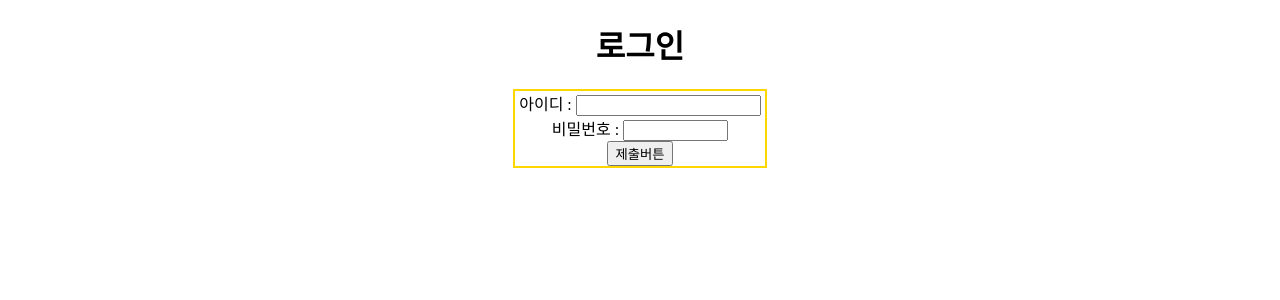
Repository: JaySurplusYoon/JSP_Servlet
Page: jsp01/WebContent/Human_info.html
These files come from the project's save history. The page is drawn as it stood at one moment and after the next save; the edit follows.
The browser window is 1280 px wide. The pictures show the whole page.

Above is the page before, as saved 2017-08-10 14:42:34.

### jsp01/WebContent/Human_info.html
<!DOCTYPE html>
<html>
<head>
<meta charset="UTF-8">
<title>회원정보</title>
<style>
	#loginFormArea{
		text-align : center;
		width : 250px;
		margin : auto;
		border : 2px solid gold;
	}
	h1{
		text-align : center;
	}
</style>
</head>
<body>
	<h1>로그인</h1>
	<section id  = "loginFormArea">
	<form action="HI" method="get">
	<label id = "id">아이디 :</label>
		<input type= "text" name= "id" id="id"/> <br>
	<label pw = "password">비밀번호 :</label>
		<input type = "password" name="pw" size='10'><br>

	<input type="submit" value="제출버튼">
	</form>
	</section>

</body>
</html>

After the next save:
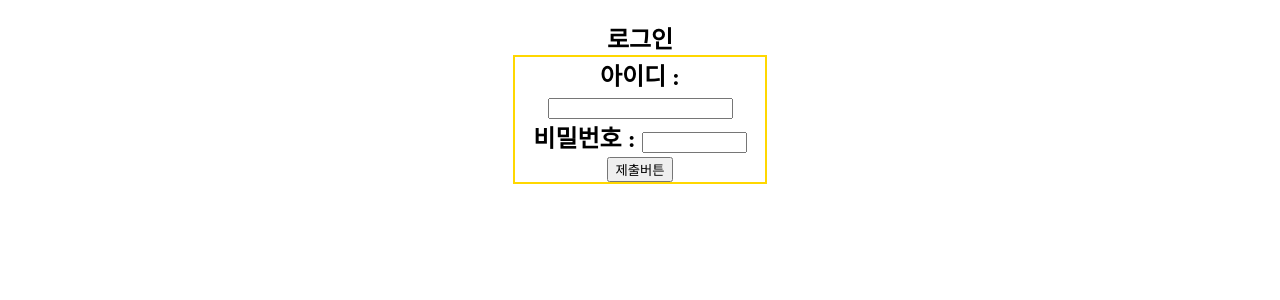
Saved 29 s later.
--- a/jsp01/WebContent/Human_info.html
+++ b/jsp01/WebContent/Human_info.html
@@ -10,13 +10,13 @@
 		margin : auto;
 		border : 2px solid gold;
 	}
-	h1{
+	h2{
 		text-align : center;
 	}
 </style>
 </head>
 <body>
-	<h1>로그인</h1>
+	<h2>로그인</h>
 	<section id  = "loginFormArea">
 	<form action="HI" method="get">
 	<label id = "id">아이디 :</label>
